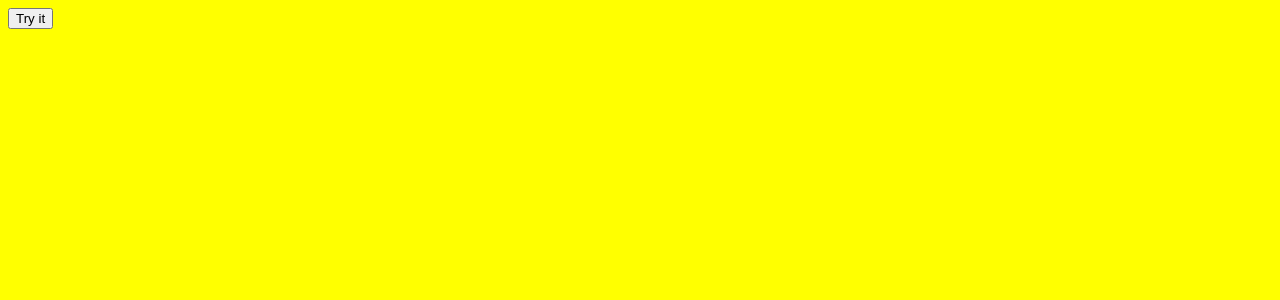
Repository: neem693/workspace
Page: studyhtml5/WebContent/ch05/practice_dom/practice_37.html
The author's editor kept a copy of each file at every save. The page is drawn from the files as they stood at one save, then again after the next save.
The browser window is 1280 px wide. The pictures show the whole page.
After loading, the first visible `button` was clicked once.

Above is the page before, as saved 2018-03-15 09:56:41.
Console error: TypeError: Cannot read properties of undefined (reading 'innerHTML')

After the next save:
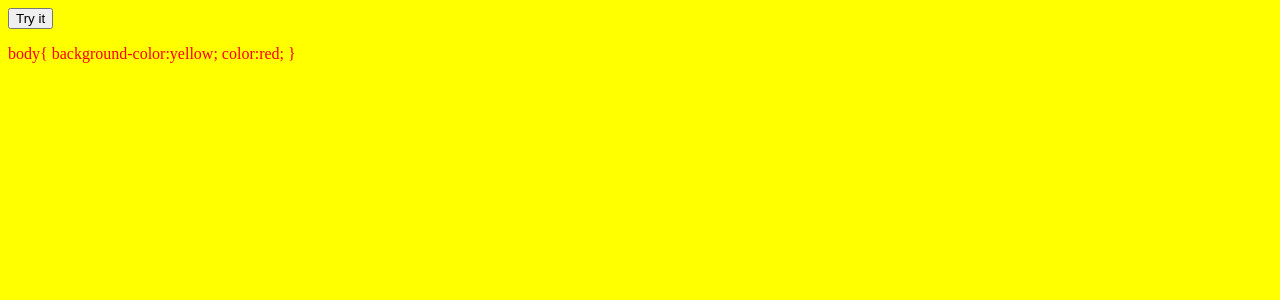
The error is gone.
Saved 31 s later.
--- a/studyhtml5/WebContent/ch05/practice_dom/practice_37.html
+++ b/studyhtml5/WebContent/ch05/practice_dom/practice_37.html
@@ -22,7 +22,7 @@ color:red;
 
 <script>
 function myFunction(){
-    var x = document.getElementsByTagName("STLYE")[0];
+    var x = document.getElementsByTagName("STYLE")[0];
     document.getElementById("demo").innerHTML = x.innerHTML;
 }
 </script>
